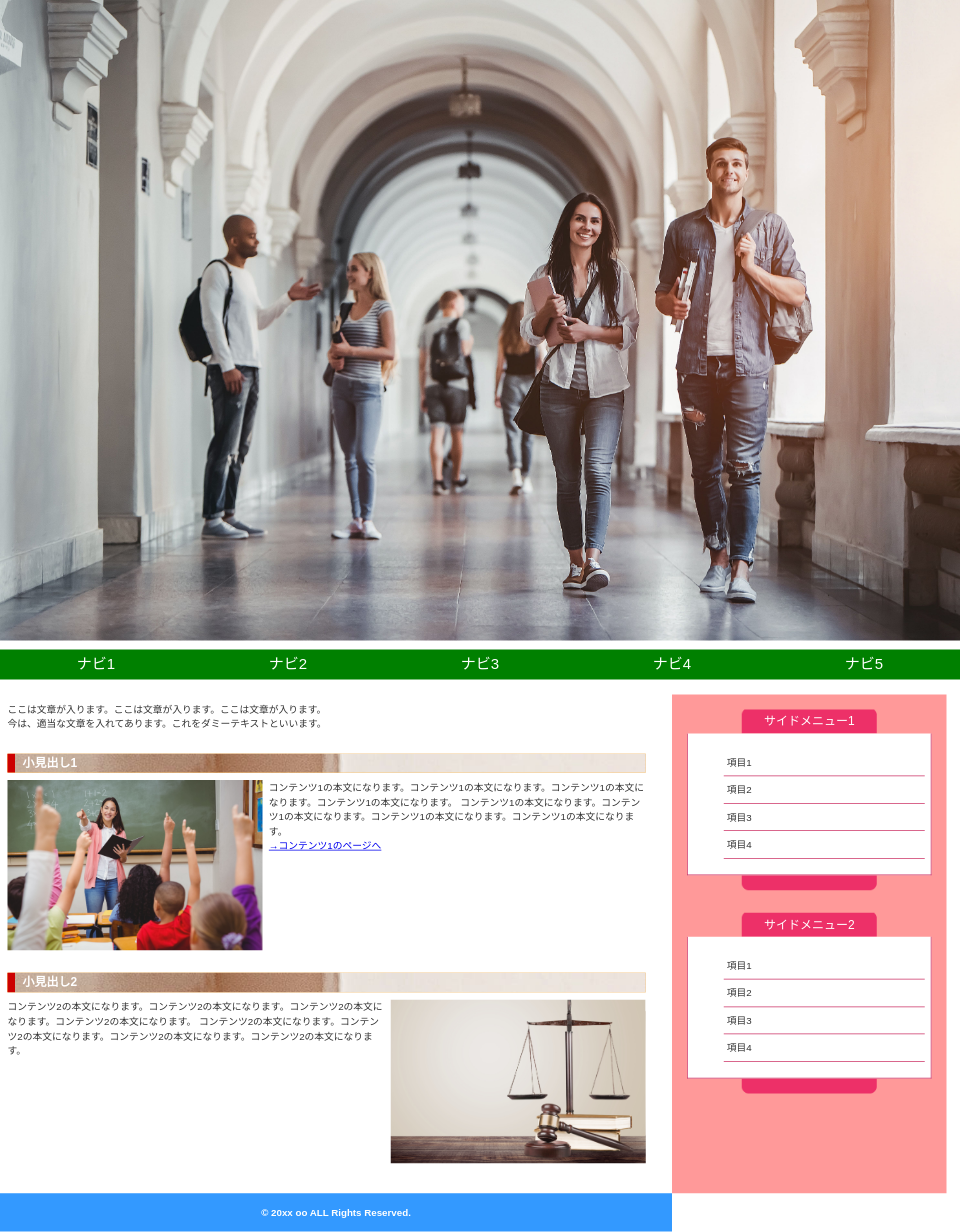
Repository: kasaro0316/samurai_HTML-CSS
Page: home.html
The author's editor kept a record of every edit. The page is drawn from the files as they stood at one moment, then again after the next edit.
The browser window is 1280 px wide. The pictures show the whole page, at 75% of full size.

Above is the page before.

After the next edit:
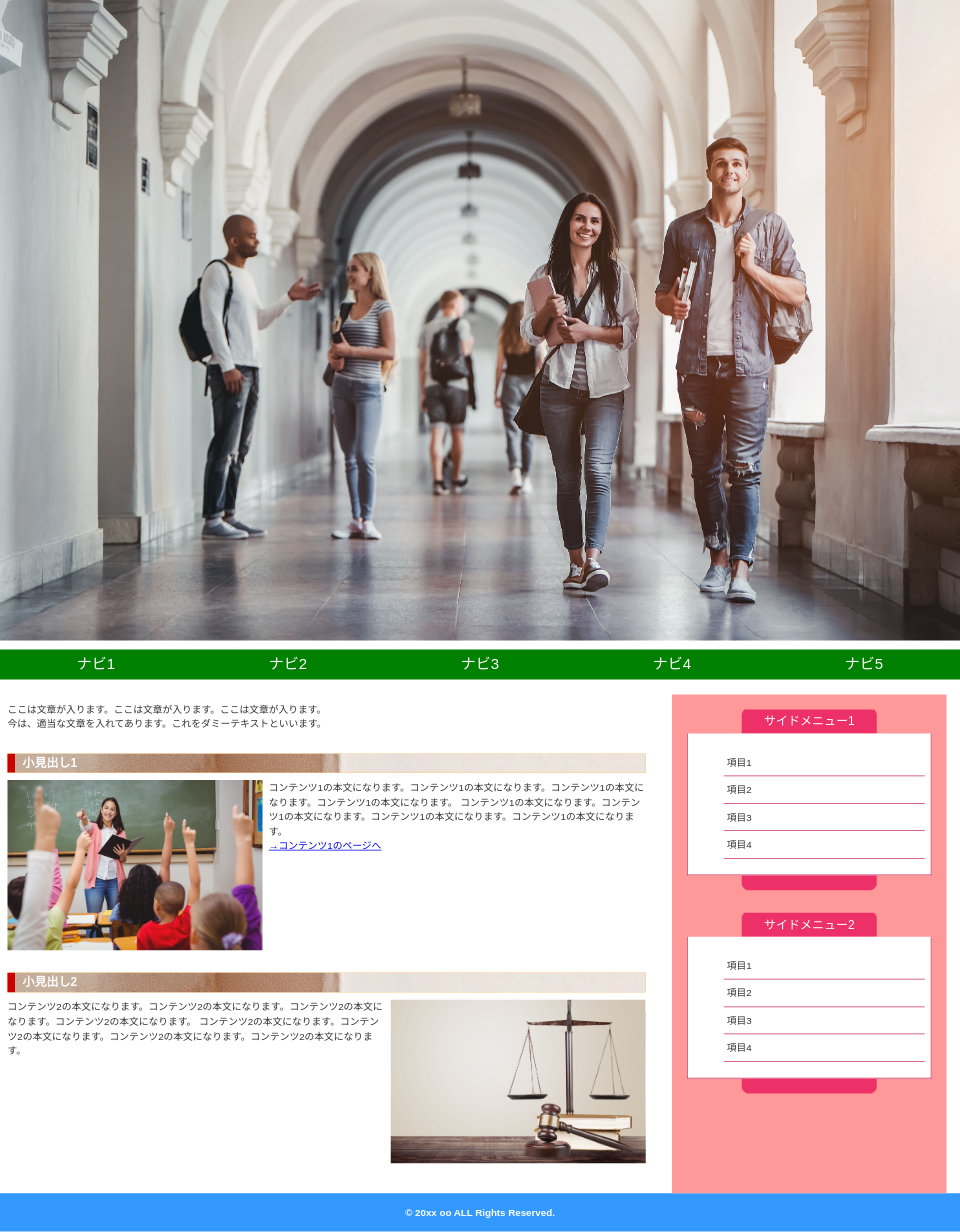
The edit:
--- a/home.html
+++ b/home.html
@@ -66,9 +66,10 @@
             </div>
           </div>
         </div>
-        <div id="footer">
-          <p>&copy; 20xx oo ALL Rights Reserved.</p>
-        </div>
+      </div>
+      <div id="footer">
+        <p>&copy; 20xx oo ALL Rights Reserved.</p>
+      </div>
       </div>
   </body>
 </html>
